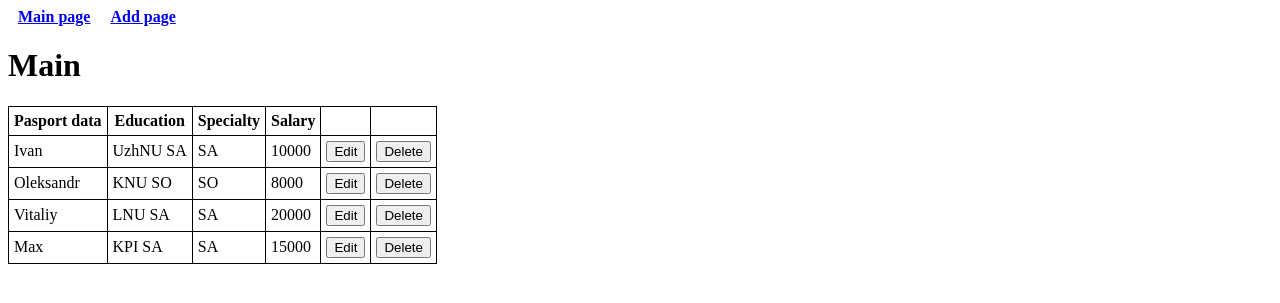
Repository: Alan-Melnychenko/vue
Page: / (app in Project/)
These files come from the project's save history. The page is drawn as it stood at one moment and after the next save; the edit follows.
The browser window is 1280 px wide. The pictures show the whole page.
The project was rebuilt for these pictures with package versions that can differ from the ones it lists, and the page was loaded fresh each time. Also part of the build but not shown: Project/vue.config.js, Project/src/pages/Add/index.vue, Project/src/pages/Edit/index.vue.

Above is the page before, as saved 2022-11-08 18:43:08.

After the next save:
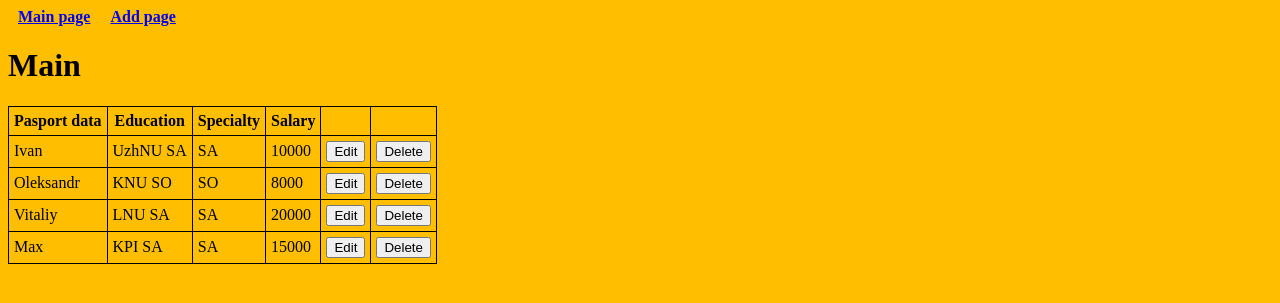
Saved 4 h 38 min later.
--- a/Project/src/App.vue
+++ b/Project/src/App.vue
@@ -17,6 +17,9 @@ export default {
 </script>
 
 <style>
+body {
+  background-color: rgb(255, 191, 0);
+}
 .link {
   margin: 10px;
 }
